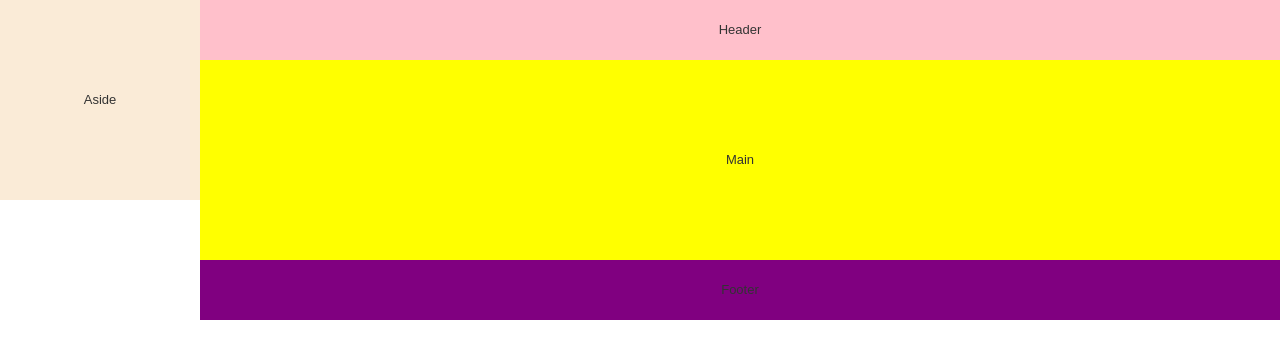
Repository: wuder-jie/Manager-System
Page: /home
These files come from the project's save history. The page is drawn as it stood at one moment and after the next save; the edit follows.
The browser window is 1280 px wide. The pictures show the whole page.
The project was rebuilt for these pictures with package versions that can differ from the ones it lists, and the page was loaded fresh each time. Also part of the build but not shown: vue.config.js.

Above is the page before, as saved 2022-11-28 13:54:44.

### src/main.js
import Vue from "vue";
import App from "./App.vue";
import ElementUI from "element-ui";
import "element-ui/lib/theme-chalk/index.css";
// 引入reset样式重置文件。
import "@/assets/css/reset.css";
// 引入图标样式
import "font-awesome/css/font-awesome.min.css";
// 引入axios
import service from "@/api/service.js";
// 引入路由器
import router from "@/router";
// 把axios挂载到原型，所有的vc都可访问。
Vue.prototype.service = service;
Vue.config.productionTip = false;
Vue.use(ElementUI);

new Vue({ router, render: (h) => h(App) }).$mount("#app");

### src/App.vue
<template>
  <div id="app">
    <router-view></router-view>
  </div>
</template>

<script>
export default {
  name: "app",
  data() {
    return {};
  },
  components: {},
  methods: {},
};
</script>
<style lang="scss">
.suc {
  background-color: red;
}
</style>

### src/assets/css/reset.css
body {
  font-family:arial,helvetica,sans-serif;
  font-size:13px;
  font-size-adjust:none;
  font-stretch:normal;
  font-style:normal;
  font-variant:normal;
  font-weight:normal;
  line-height:1.4;
  text-align:center;
  }
  *{
    margin: 0;
    padding: 0;
    box-sizing: border-box;
  }
  html,body,#app{
    width: 100%;
    height: 100%;
  }
  body, ul, ol, dl, dd, h1, h2, h3, h4, h5, h6, p, form, fieldset, legend, input, textarea, select, button, th, td {
  margin:0;
  padding:0;
  }
  h1, h2, h3, h4, h5, h6 {
  font-size:100%;
  font-weight:normal;
  }
  table {
  font-size:inherit;
  }
  input, select {
  font-family:arial,helvetica,clean,sans-serif;
  font-size:100%;
  font-size-adjust:none;
  font-stretch:normal;
  font-style:normal;
  font-variant:normal;
  font-weight:normal;
  line-height:normal;
  }
  button {
  overflow:visible;
  }
  th, em, strong, b, address, cite {
  font-style:normal;
  font-weight:normal;
  }
  li {
  list-style-image:none;
  list-style-position:outside;
  list-style-type:none;
  }
  img, fieldset {
  border:0 none;
  }
  ins {
  text-decoration:none;
  }

### src/api/service.js
import axios from "axios";
import { getToken } from "@/utils/localStorage.js";
const service = axios.create({
  baseURL: "/api2",
  timeout: 3000,
});
// 添加请求拦截器
service.interceptors.request.use(
  function (config) {
    // 在发送请求之前做些什么
    // 配置token到headers中。
    if (getToken("TOKEN")) {
      config.headers["token"] = getToken("TOKEN");
    }

    return config;
  },
  function (error) {
    // 对请求错误做些什么
    return Promise.reject(error);
  }
);

// 添加响应拦截器
service.interceptors.response.use(
  function (response) {
    // 对响应数据做点什么
    return response;
  },
  function (error) {
    // 对响应错误做点什么
    return Promise.reject(error);
  }
);
export default service;

### src/router/index.js
import Vue from "vue";
import Router from "vue-router";
Vue.use(Router);
const routes = [
  {
    path: "/",
    redirect: "/login",
  },
  {
    name: "Login",
    path: "/login",
    // 路由懒加载
    component: () => import("@/pages/login"),
  },
  {
    name: "NotFound",
    path: "*",
    // 路由懒加载
    component: () => import("@/components/common/NotFound.vue"),
  },
  {
    name: "Home",
    path: "/home",
    // 路由懒加载
    component: () => import("@/pages/home"),
    // 异步组件
    // component: (resolve) => require(["@/pages/home"], resolve),
  },
];

const router = new Router({
  mode: "history",
  routes,
});
export default router;

### src/utils/localStorage.js
export function setToken(key, value) {
  localStorage.setItem(key, value);
}
export function getToken(key) {
  return localStorage.getItem(key);
}
export function removeToken(key) {
  localStorage.removeItem(key);
}

### src/pages/home/index.vue
<template>
  <div id="home">
    <el-container>
      <el-aside width="200px">Aside</el-aside>
      <el-container>
        <el-header>Header</el-header>
        <el-main>Main</el-main>
        <el-footer>Footer</el-footer>
      </el-container>
    </el-container>
  </div>
</template>

<script>
export default {
  name: "HomeItem",
  data() {
    return {};
  },
  components: {},
  methods: {},
};
</script>
<style lang="scss" scoped>
#home {
  .el-button {
    color: red;
  }
  .el-header,
  .el-footer {
    background-color: #b3c0d1;
    color: #333;
    text-align: center;
    line-height: 60px;
  }

  .el-aside {
    background-color: #d3dce6;
    color: #333;
    text-align: center;
    line-height: 200px;
  }

  .el-main {
    background-color: #e9eef3;
    color: #333;
    text-align: center;
    line-height: 160px;
  }

  body > .el-container {
    margin-bottom: 40px;
  }

  .el-container:nth-child(5) .el-aside,
  .el-container:nth-child(6) .el-aside {
    line-height: 260px;
  }

  .el-container:nth-child(7) .el-aside {
    line-height: 320px;
  }
  .el-aside {
    height: 100%;
    background-color: antiquewhite;
  }
  .el-header {
    background-color: pink;
  }
  .el-main {
    background-color: yellow;
  }
  .el-footer {
    background-color: purple;
  }
}
</style>

Loaded but not shown: public/index.html (common file)

After the next save:
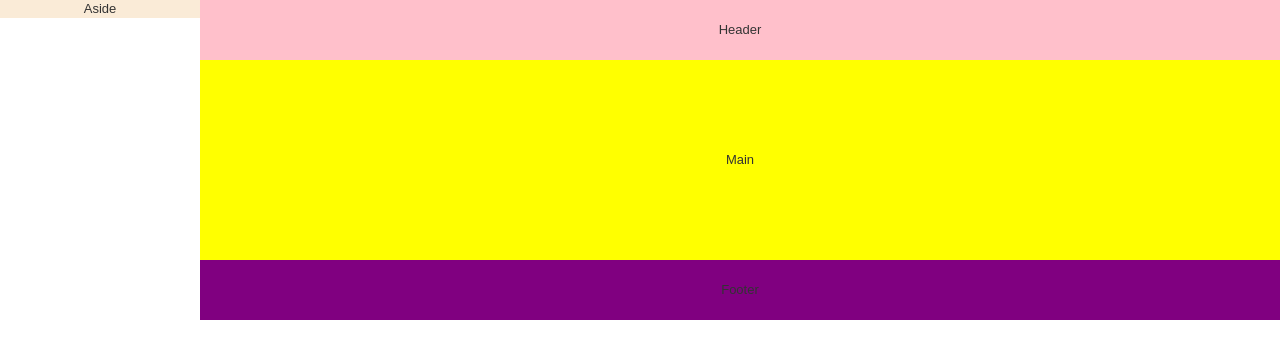
Saved 55 s later.
--- a/src/pages/home/index.vue
+++ b/src/pages/home/index.vue
@@ -38,7 +38,6 @@ export default {
     background-color: #d3dce6;
     color: #333;
     text-align: center;
-    line-height: 200px;
   }
 
   .el-main {
